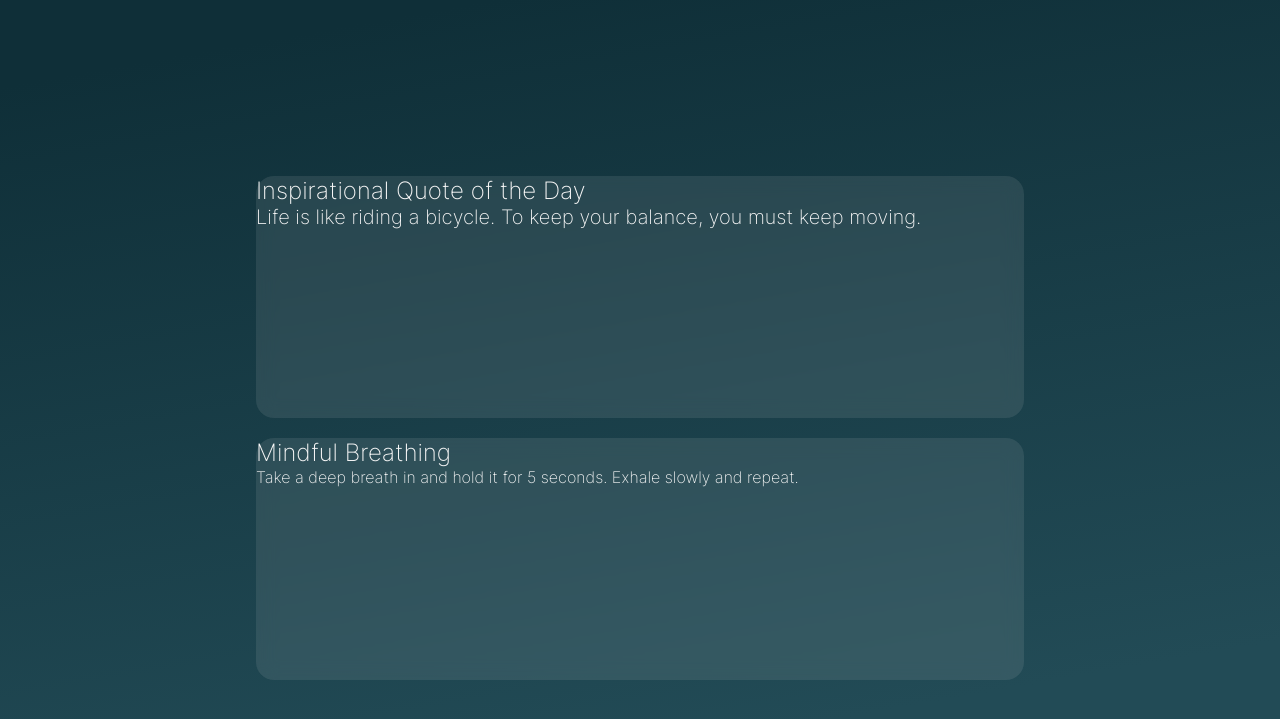
Repository: aaronw-dev/Zen
Page: dashboard.html
An editor plug-in stored every save of this project. The page is shown before and after a run of saves, followed by the edit.
The browser window is 1280 px wide. The pictures show the whole page.

Above is the page before, as saved 2024-06-08 13:31:15.

### dashboard.html
<!DOCTYPE html>
<html lang="en">

<head>
    <meta charset="UTF-8">
    <meta name="viewport" content="width=device-width, initial-scale=1.0">
    <title>Zen</title>
    <link rel="stylesheet" href="../static/colors.css">
    <link rel="stylesheet" href="../static/style.css">
</head>

<body>
    <div class="features">
        <div class="inspirational_quote">
            <h2>Inspirational Quote of the Day</h2>
            <p>Life is like riding a bicycle. To keep your balance, you must keep moving.</p>
        </div>
        <div class="mindful_breathing">
            <h2>Mindful Breathing</h2>
            <p>Take a deep breath in and hold it for 5 seconds. Exhale slowly and repeat.</p>
        </div>
    </div>
    <div class="bottom-icons">
        <img
    </div>
</body>

</html>

### static/colors.css
:root {
    --text: #F6F6F6;
    --buttons: #0F2F38;
    --radial-bg: radial-gradient(89.12% 42.87% at 50.08% 50.93%, #2B606F 0%, #0D3642 100%);
    --linear-bg: linear-gradient(170deg, #0F2F38 9.2%, #224B56 91.67%);
}

### static/style.css
@font-face {
    font-family: Inter;
    src: url("./font/Inter-Bold.ttf");
    font-weight: bold;
}

@font-face {
    font-family: Inter;
    src: url("./font/Inter-ExtraLight.ttf");
    font-weight: lighter;
}

html {
    height: 100%;
}

body {
    height: 100%;
    margin: 0;
    background-repeat: no-repeat;
    background-attachment: fixed;
    background: var(--linear-bg);
}

* {
    font-family: Inter;
    color: var(--text);
    font-weight: lighter;
}

h1,
h2,
h3,
h4,
h5,
h6,
p {
    margin-top: 0;
    margin-bottom: 0;
}

.hero {
    position: absolute;
    left: 50%;
    transform: translateX(-50%);
    margin: auto;
    width: 40%;
    display: flex;
    flex-direction: column;
    align-items: center;
    top: 70px;
}

.hero img {
    width: 100%;
}

.hero-name {
    font-size: 60px;
}

.tagline {
    display: flex;
    flex-direction: column;
    align-items: center;
    line-height: 0.85;
    position: absolute;
    top: 50%;
    left: 50%;
    transform: translate(-50%, -50%);
    width: max-content;
}

.tagline span:nth-child(1) {
    font-weight: bold;
    font-size: 3.5em;
}

.tagline span:nth-child(2) {
    font-weight: lighter;
    font-size: 3.2em;
}

.action-buttons {
    display: flex;
    flex-direction: column;
    align-items: center;
    width: 60%;
    position: absolute;
    bottom: 40px;
    gap: 20px;
    left: 50%;
    transform: translateX(-50%);
}
.features {
    display: flex;
    flex-direction: column;
    align-items: center;
    height: 70%;
    width: 60%;
    position: absolute;
    bottom: 40px;
    gap: 20px;
    left: 50%;
    transform: translateX(-50%);
}
.action-buttons button {
    width: 100%;
    padding: 5px 30px;
    font-size: 25px;
    border: none;
    background-color: var(--buttons);
    border-radius: 15px;
}

.inspirational_quote{
    width: 100%;
    height: 100%;
    background: rgba(219.94, 219.94, 219.94, 0.11); border-radius: 18px;
    backdrop-filter: blur(8.90px);
}
.inspirational_quote p{
    font-size: 20px;
}
.mindful_breathing{
    width: 100%;
    height: 100%;
    background: rgba(219.94, 219.94, 219.94, 0.11); border-radius: 18px;
    backdrop-filter: blur(8.90px);
}
.bottom-icons {
    display: flex;
    justify-content: center;
    position: absolute;
    bottom: 20px;
    width: 100%;
    gap: 20px;
}
.bottom-icons div {
    width: 50px;
    height: 50px;
}

After the next 4 saves:
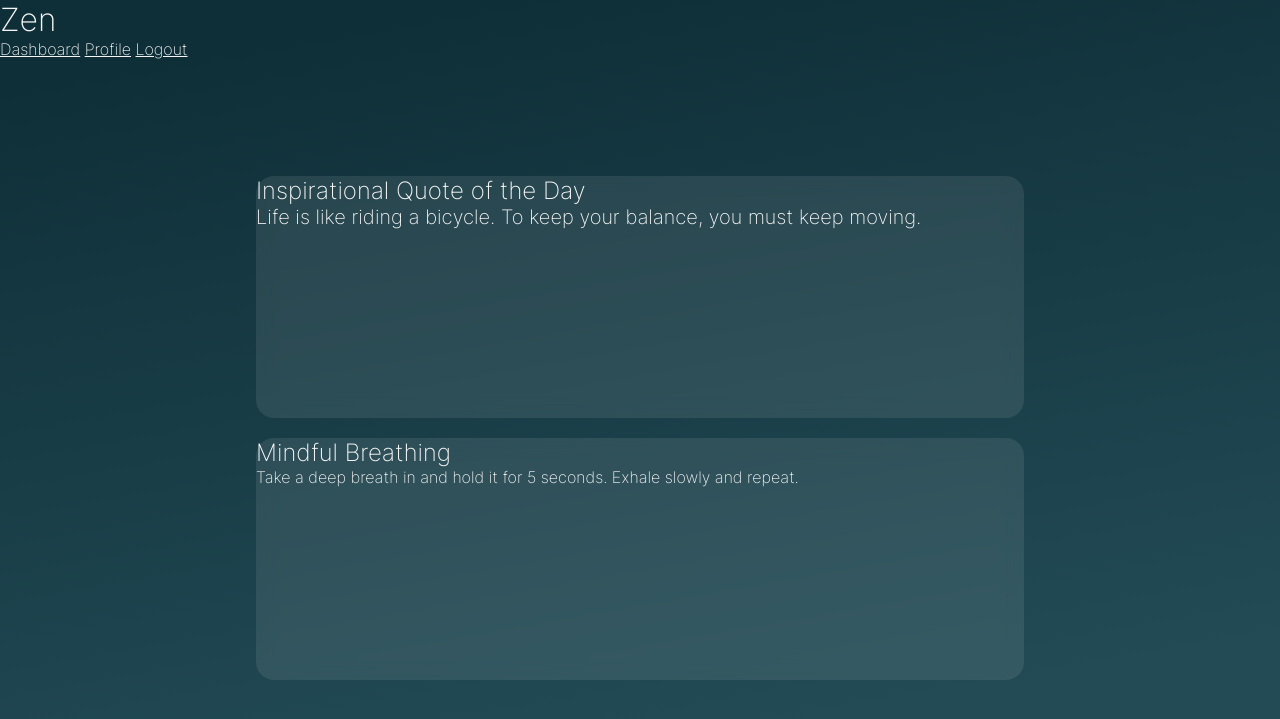
The 4 saves are shown as one change because they came seconds apart.
The last was saved 53 s later.
--- a/dashboard.html
+++ b/dashboard.html
@@ -10,6 +10,13 @@
 </head>
 
 <body>
+    <div class="header">
+        <h1>Zen</h1>
+        <div class="header-right">
+            <a href="dashboard.html">Dashboard</a>
+            <a href="profile.html">Profile</a>
+            <a href="login.html">Logout</a>
+        </div>
     <div class="features">
         <div class="inspirational_quote">
             <h2>Inspirational Quote of the Day</h2>
